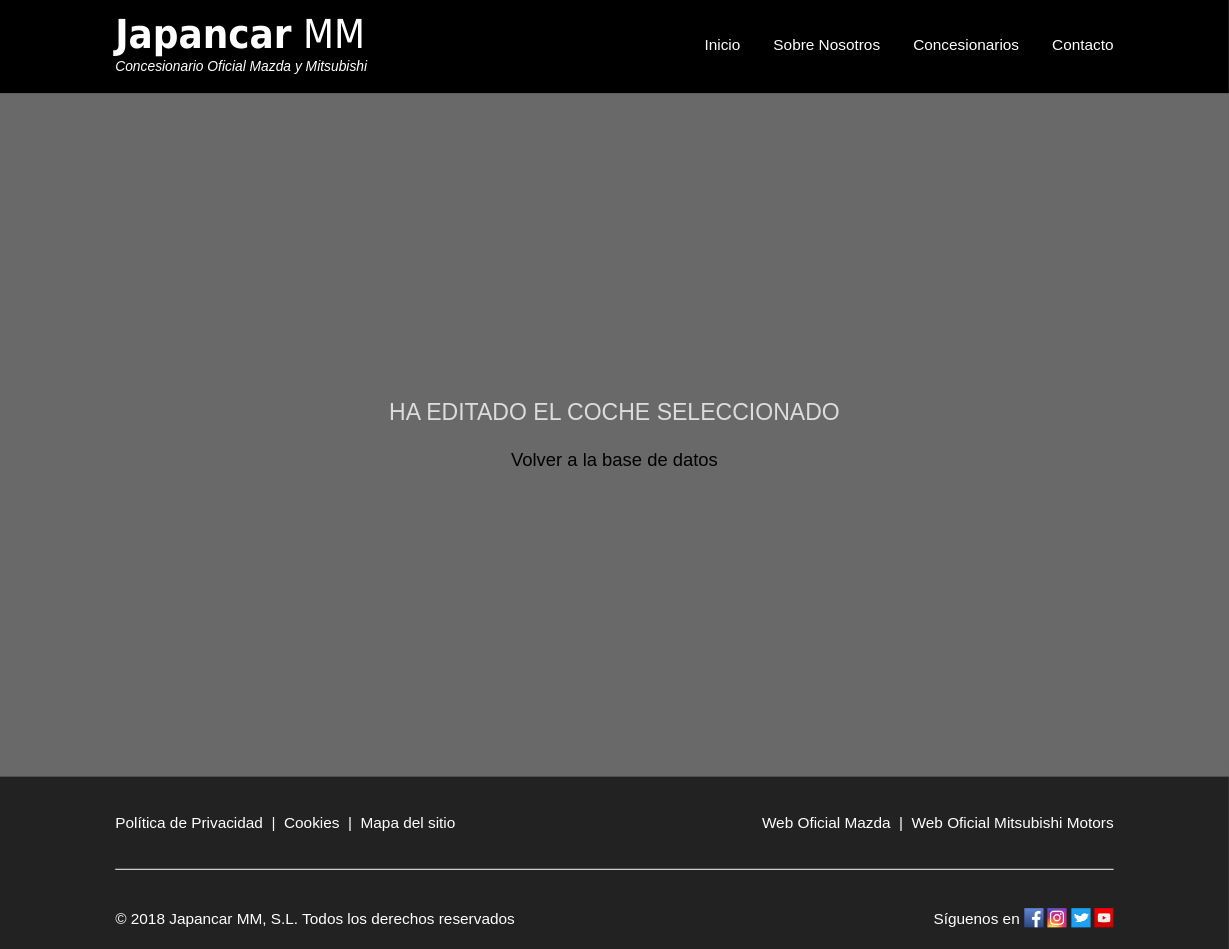
Repository: fjrm/Proyecto_1
Page: PruebaEE/WebContent/Editar.html
The author's editor kept a copy of each file at every save. The page is drawn from the files as they stood at one save, then again after the next save.
The browser window is 1280 px wide. The pictures show the whole page, at 96% of full size.
Some web libraries are served in a nearby version.

Above is the page before, as saved 2018-12-05 13:50:52.

After the next save:
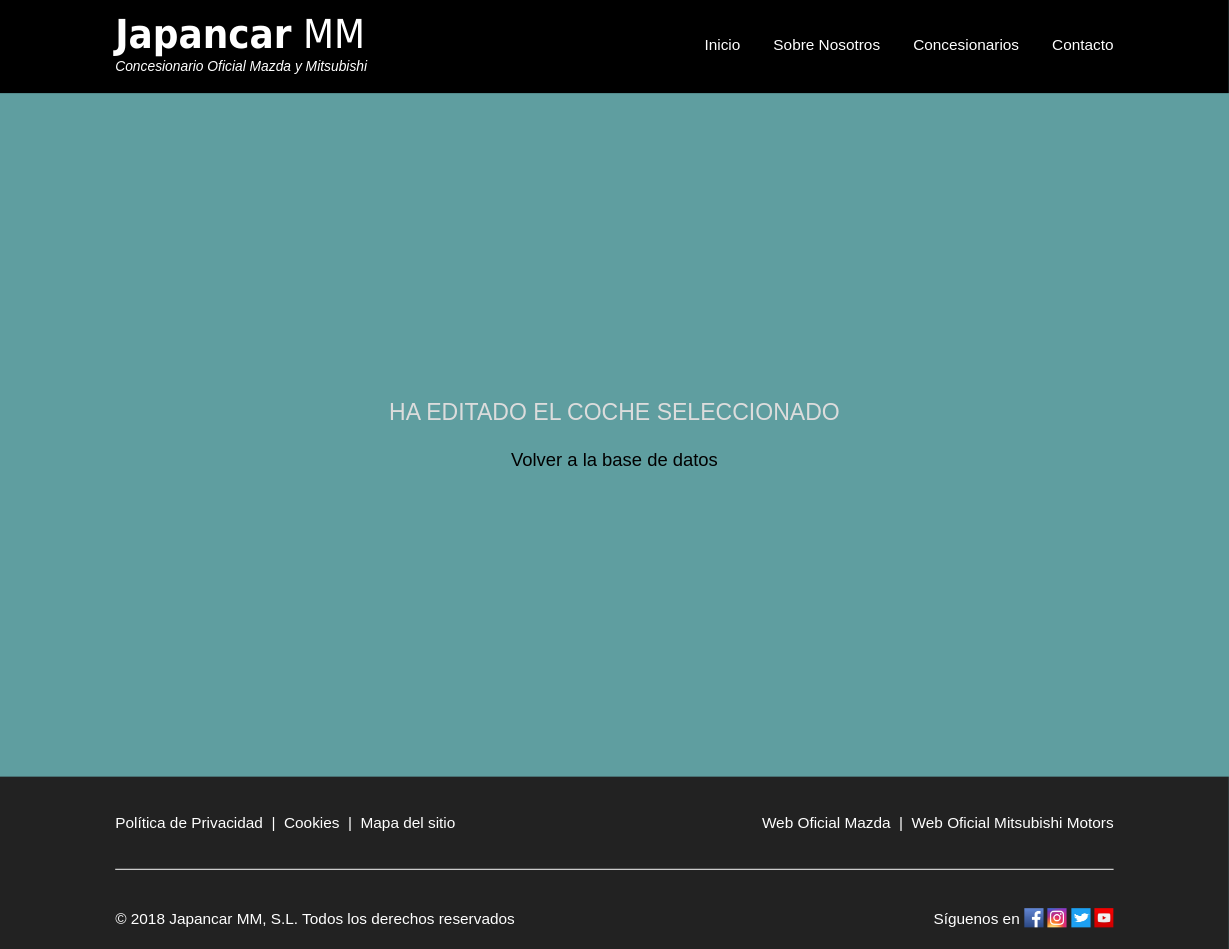
Saved 53 s later.
--- a/PruebaEE/WebContent/Editar.html
+++ b/PruebaEE/WebContent/Editar.html
@@ -33,7 +33,7 @@
       		background-repeat: no-repeat;
       		background-position: bottom;
       		background-size: 125% 100%;*/
-      		background-color: #696969;
+      		background-color: #5F9EA0;
       	}
 	</style>
 </head>
